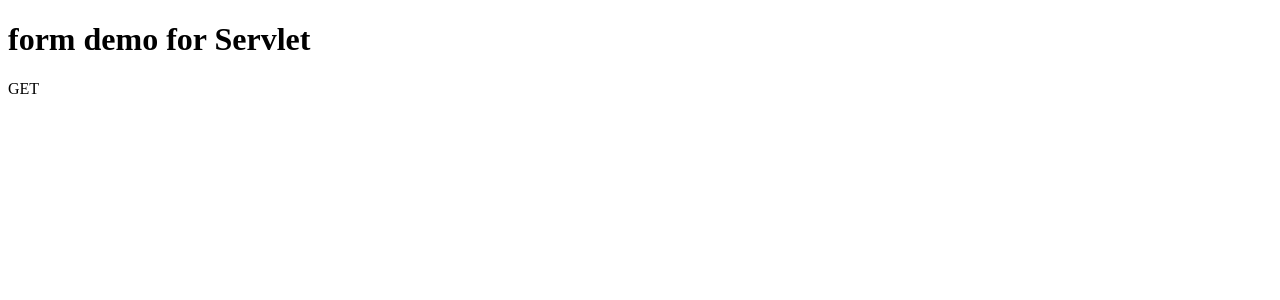
Repository: nguyentruong2303/projectJave
Page: webShop/WebContent/index.html
These files come from the project's save history. The page is drawn as it stood at one moment and after the next save; the edit follows.
The browser window is 1280 px wide. The pictures show the whole page.

Above is the page before, as saved 2020-08-10 09:16:24.

After the next save:
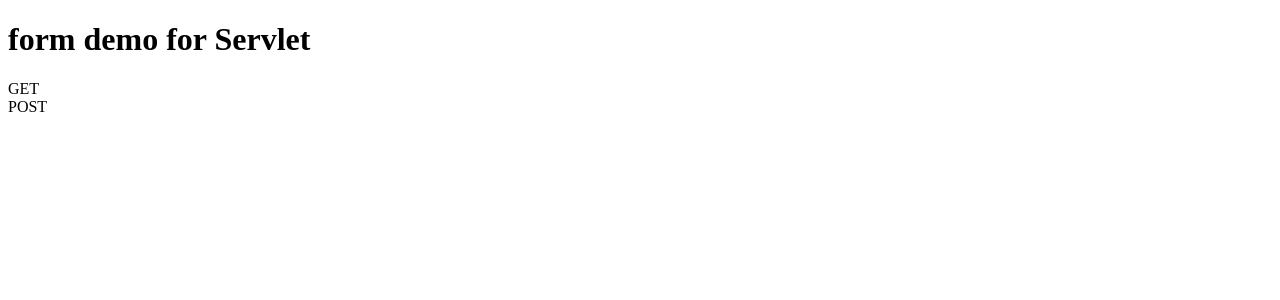
Saved 31 s later.
--- a/webShop/WebContent/index.html
+++ b/webShop/WebContent/index.html
@@ -11,9 +11,11 @@
 	<form method="get"action="login">
 
 	</form>
-
+	</div>
+	<div> POST <br/>
 	<form method="post"action="login">
 
 	</form>
+	</div>
 </body>
 </html>
